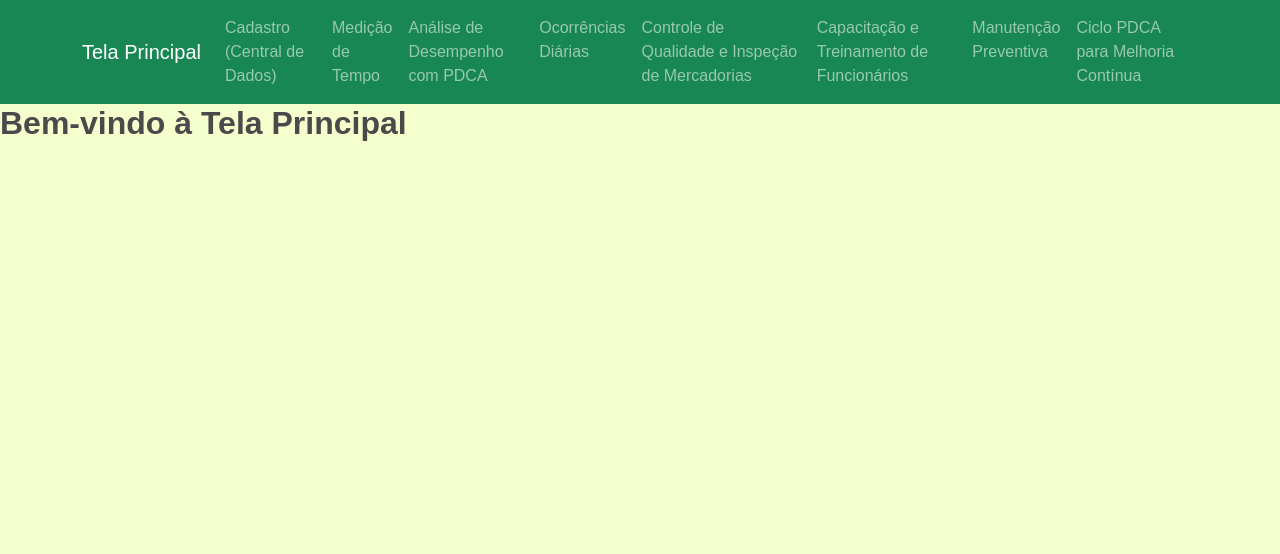
Repository: feliperanon/appliz
Page: /
An editor plug-in stored every save of this project. The page is shown before and after the next save, followed by the edit.
The browser window is 1280 px wide. The pictures show the whole page.
The project was rebuilt for these pictures with package versions that can differ from the ones it lists, and the page was loaded fresh each time. Also part of the build but not shown: src/components/Cadastro.js, src/components/MedicaoTempo.js, src/components/AnaliseDesempenho.js, src/components/OcorrenciasDiarias.js, src/components/ControleQualidade.js, src/components/CapacitacaoTreinamento.js, src/components/ManutencaoPreventiva.js, src/components/CicloPDCA.js.

Above is the page before, as saved 2024-10-12 14:53:07.

### src/index.js
import React from 'react';
import 'bootstrap/dist/css/bootstrap.min.css';
import ReactDOM from 'react-dom';
import 'bootstrap/dist/css/bootstrap.min.css'; // Importa o Bootstrap
import './global.css'; // Importa o CSS global onde as cores foram definidas
import App from './App';

ReactDOM.render(
  <React.StrictMode>
    <App />
  </React.StrictMode>,
  document.getElementById('root')
);

### src/global.css
/* Definir as cores personalizadas */
.color1 { background-color: #8ce86b !important; }
.color2 { background-color: #a6ee84 !important; }
.color3 { background-color: #c1f49d !important; }
.color4 { background-color: #dbf9b5 !important; }
.color5 { background-color: #f5ffce !important; }

/* Definir cores de texto para melhor visibilidade */
.text-primary {
  color: #8ce86b !important;
}

/* Estilos globais */
body {
  margin: 0;
  padding: 0;
  font-family: Arial, sans-serif;
  background-color: #f5ffce; /* Usando uma das cores como fundo */
}

h2 {
  font-weight: 700;
  color: #4a4a4a;
}

### src/App.js
import React from 'react';
import { BrowserRouter as Router, Route, Routes } from 'react-router-dom';
import Navbar from './components/Navbar'; // Corrigindo o caminho para Navbar
import Cadastro from './components/Cadastro'; // Corrigindo o caminho para Cadastro
import MedicaoTempo from './components/MedicaoTempo'; // Corrigindo o caminho para MedicaoTempo
import AnaliseDesempenho from './components/AnaliseDesempenho'; // Corrigindo o caminho para AnaliseDesempenho
import OcorrenciasDiarias from './components/OcorrenciasDiarias'; // Corrigindo o caminho para OcorrenciasDiarias
import ControleQualidade from './components/ControleQualidade'; // Corrigindo o caminho para ControleQualidade
import CapacitacaoTreinamento from './components/CapacitacaoTreinamento'; // Corrigindo o caminho para CapacitacaoTreinamento
import ManutencaoPreventiva from './components/ManutencaoPreventiva'; // Corrigindo o caminho para ManutencaoPreventiva
import CicloPDCA from './components/CicloPDCA'; // Corrigindo o caminho para CicloPDCA

const App = () => {
  return (
    <Router>
      <Navbar />
      <Routes>
        <Route exact path="/" element={<h2>Bem-vindo à Tela Principal</h2>} />
        <Route path="/cadastro" element={<Cadastro />} />
        <Route path="/medicao-tempo" element={<MedicaoTempo />} />
        <Route path="/analise-pdca" element={<AnaliseDesempenho />} />
        <Route path="/ocorrencias" element={<OcorrenciasDiarias />} />
        <Route path="/controle-qualidade" element={<ControleQualidade />} />
        <Route path="/capacitacao" element={<CapacitacaoTreinamento />} />
        <Route path="/manutencao" element={<ManutencaoPreventiva />} />
        <Route path="/ciclo-pdca" element={<CicloPDCA />} />
      </Routes>
    </Router>
  );
};

export default App;

### src/components/Navbar.js
import React from 'react';
import { Navbar, Nav, Container } from 'react-bootstrap';
import { Link } from 'react-router-dom';

const NavigationBar = () => {
  return (
    <Navbar bg="success" variant="dark" expand="lg">
      <Container>
        <Navbar.Brand as={Link} to="/">Tela Principal</Navbar.Brand>
        <Navbar.Toggle aria-controls="basic-navbar-nav" />
        <Navbar.Collapse id="basic-navbar-nav">
          <Nav className="me-auto">
            <Nav.Link as={Link} to="/cadastro">Cadastro (Central de Dados)</Nav.Link>
            <Nav.Link as={Link} to="/medicao-tempo">Medição de Tempo</Nav.Link>
            <Nav.Link as={Link} to="/analise-pdca">Análise de Desempenho com PDCA</Nav.Link>
            <Nav.Link as={Link} to="/ocorrencias">Ocorrências Diárias</Nav.Link>
            <Nav.Link as={Link} to="/controle-qualidade">Controle de Qualidade e Inspeção de Mercadorias</Nav.Link>
            <Nav.Link as={Link} to="/capacitacao">Capacitação e Treinamento de Funcionários</Nav.Link>
            <Nav.Link as={Link} to="/manutencao">Manutenção Preventiva</Nav.Link>
            <Nav.Link as={Link} to="/ciclo-pdca">Ciclo PDCA para Melhoria Contínua</Nav.Link>
          </Nav>
        </Navbar.Collapse>
      </Container>
    </Navbar>
  );
};

export default NavigationBar;

### src/components/Login.js
import React, { useState } from 'react';
import { useNavigate } from 'react-router-dom';

const Login = () => {
  const [email, setEmail] = useState('');
  const [password, setPassword] = useState('');
  const navigate = useNavigate();

  const handleSubmit = (event) => {
    event.preventDefault();
    if (email === 'admin@appliz.com' && password === '123456') {
      alert('Login realizado com sucesso!');
      navigate('/links');
    } else {
      alert('Email ou senha incorretos!');
    }
  };

  return (
    <div className="container d-flex justify-content-center align-items-center vh-100">
      <div className="col-md-4 color1 p-4 rounded shadow">
        <h2 className="text-center text-primary">Login</h2>
        <form onSubmit={handleSubmit}>
          <div className="form-group mb-3">
            <label>Email</label>
            <input
              type="email"
              className="form-control"
              value={email}
              onChange={(e) => setEmail(e.target.value)}
              placeholder="Digite seu email"
            />
          </div>
          <div className="form-group mb-3">
            <label>Senha</label>
            <input
              type="password"
              className="form-control"
              value={password}
              onChange={(e) => setPassword(e.target.value)}
              placeholder="Digite sua senha"
            />
          </div>
          <button type="submit" className="btn btn-dark w-100">Entrar</button>
        </form>
      </div>
    </div>
  );
};

export default Login;

Loaded but not shown: public/index.html (common file)

After the next save:
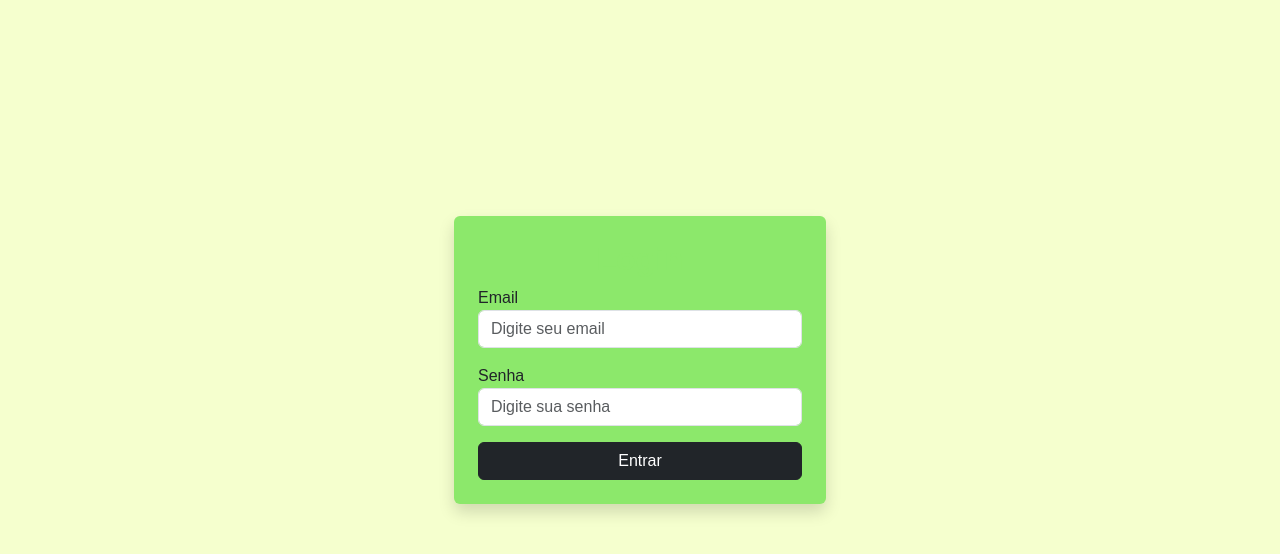
Saved 99 s later.
--- a/src/App.js
+++ b/src/App.js
@@ -1,5 +1,5 @@
-import React from 'react';
-import { BrowserRouter as Router, Route, Routes } from 'react-router-dom';
+import React, { useState } from 'react';
+import { BrowserRouter as Router, Route, Routes, Navigate } from 'react-router-dom';
 import Navbar from './components/Navbar'; // Corrigindo o caminho para Navbar
 import Cadastro from './components/Cadastro'; // Corrigindo o caminho para Cadastro
 import MedicaoTempo from './components/MedicaoTempo'; // Corrigindo o caminho para MedicaoTempo
@@ -9,21 +9,37 @@ import ControleQualidade from './components/ControleQualidade'; // Corrigindo o
 import CapacitacaoTreinamento from './components/CapacitacaoTreinamento'; // Corrigindo o caminho para CapacitacaoTreinamento
 import ManutencaoPreventiva from './components/ManutencaoPreventiva'; // Corrigindo o caminho para ManutencaoPreventiva
 import CicloPDCA from './components/CicloPDCA'; // Corrigindo o caminho para CicloPDCA
+import Login from './components/Login'; // Adicionar o componente de Login
 
 const App = () => {
+  const [isAuthenticated, setIsAuthenticated] = useState(false);
+
+  const handleLogin = () => {
+    setIsAuthenticated(true);
+  };
+
   return (
     <Router>
-      <Navbar />
+      {/* Somente mostrar a Navbar se o usuário estiver autenticado */}
+      {isAuthenticated && <Navbar />}
+
       <Routes>
-        <Route exact path="/" element={<h2>Bem-vindo à Tela Principal</h2>} />
-        <Route path="/cadastro" element={<Cadastro />} />
-        <Route path="/medicao-tempo" element={<MedicaoTempo />} />
-        <Route path="/analise-pdca" element={<AnaliseDesempenho />} />
-        <Route path="/ocorrencias" element={<OcorrenciasDiarias />} />
-        <Route path="/controle-qualidade" element={<ControleQualidade />} />
-        <Route path="/capacitacao" element={<CapacitacaoTreinamento />} />
-        <Route path="/manutencao" element={<ManutencaoPreventiva />} />
-        <Route path="/ciclo-pdca" element={<CicloPDCA />} />
+        {/* Rota para Login */}
+        <Route path="/" element={!isAuthenticated ? <Login onLogin={handleLogin} /> : <Navigate to="/cadastro" />} />
+
+        {/* As demais rotas só ficam acessíveis se o usuário estiver autenticado */}
+        {isAuthenticated && (
+          <>
+            <Route path="/cadastro" element={<Cadastro />} />
+            <Route path="/medicao-tempo" element={<MedicaoTempo />} />
+            <Route path="/analise-pdca" element={<AnaliseDesempenho />} />
+            <Route path="/ocorrencias" element={<OcorrenciasDiarias />} />
+            <Route path="/controle-qualidade" element={<ControleQualidade />} />
+            <Route path="/capacitacao" element={<CapacitacaoTreinamento />} />
+            <Route path="/manutencao" element={<ManutencaoPreventiva />} />
+            <Route path="/ciclo-pdca" element={<CicloPDCA />} />
+          </>
+        )}
       </Routes>
     </Router>
   );
